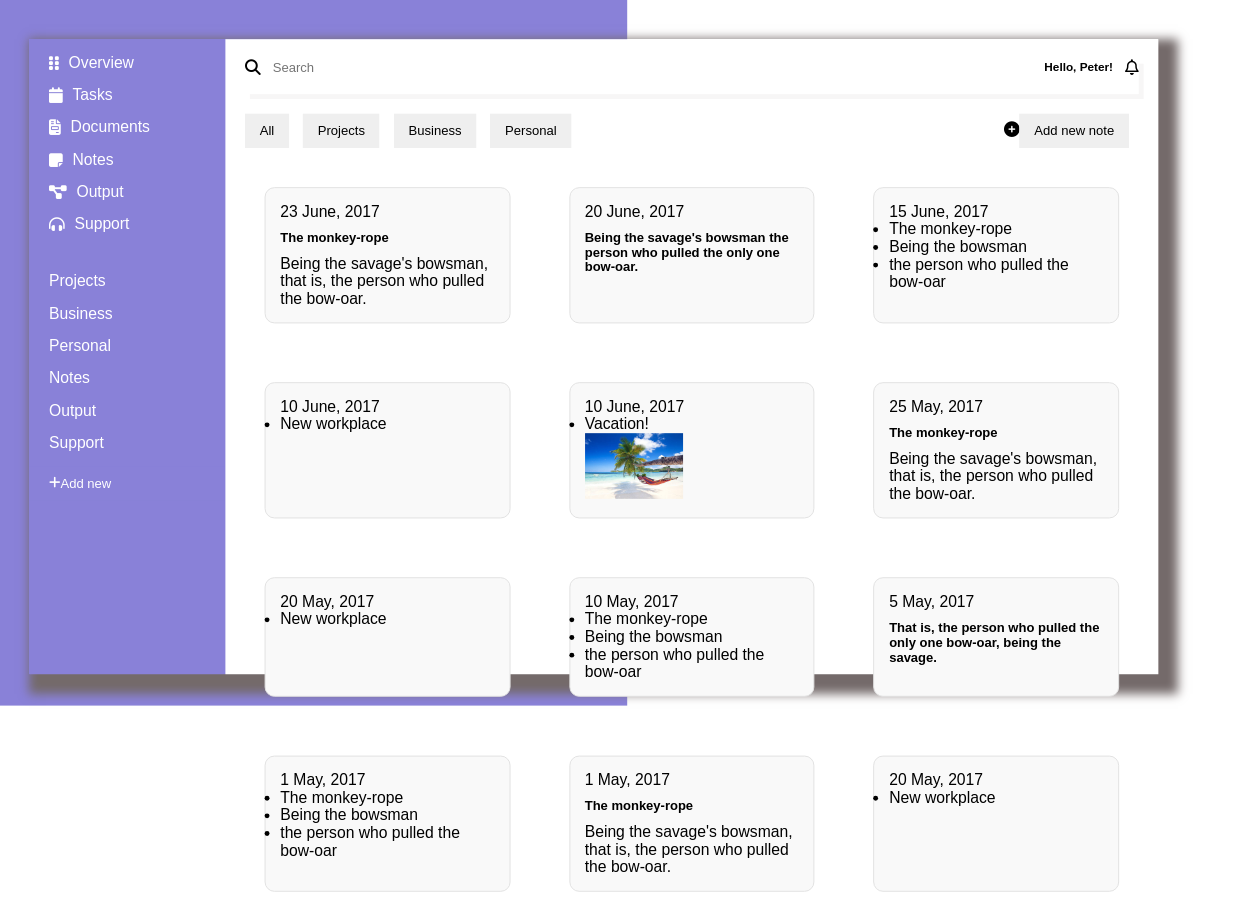
Repository: SatenikGabrielyan/HTML_CSS-_Assignment
Page: index.html
The author's editor kept a copy of each file at every save. The page is drawn from the files as they stood at one save, then again after the next save.
The browser window is 1280 px wide. The pictures show the whole page, at 98% of full size.
Some web libraries are served in a nearby version.

Above is the page before, as saved 2025-03-18 00:54:34.

### index.html
<!DOCTYPE html>
<html lang="en">
  <head>
    <meta charset="UTF-8" />
    <meta name="viewport" content="width=device-width, initial-scale=1.0" />
    <title>Notes App</title>
    <link rel="stylesheet" href="./style.css" />
    <script src="https://kit.fontawesome.com/858d305f19.js" crossorigin="anonymous"></script>
</head>
  <body>
      <div class="cont">
          <div class="purp"></div>
          <div class="whit"></div>
      </div>
    <div class="container">
      <aside class="sidebar">
        <!-- <header class="circle">
            <i class="fa-regular fa-circle"></i>
        </header> -->
        <nav>
            <ul class="first">
                <li><i class="fa-solid fa-grip-vertical"></i>Overview</li>
                <li> <i class="fa-solid fa-calendar"></i>Tasks</li>
                <li><i class="fa-solid fa-file-invoice"></i>Documents</li>
                <li><i class="fa-solid fa-note-sticky"></i>Notes</li>
                <li><i class="fa-solid fa-diagram-project"></i>Output</li>
                <li><i class="fa-solid fa-headphones-simple"></i>Support</li>
            </ul>
            <ul class="second">
                <li>Projects</li>
                <li>Business</li>
                <li>Personal</li>
                <li>Notes</li>
                <li>Output</li>
                <li>Support</li>
            </ul>
        </nav>
        <button class="add-new"><i class="fa-solid fa-plus"></i>Add new</button>
        <div class="foot">

        </div>
    </aside>

    <main class="main-content">
       <div class="header">
            <i class="fas fa-search"></i>  <input type="text" placeholder="Search">
            <h3>Hello, Peter!</h3> <i class="fa-regular fa-bell"></i>
    </div>
    <div class="proj">
        <div class="but">
        <div class="tabs">
            <button>All</button>
            <button>Projects</button>
            <button>Business</button>
            <button>Personal</button>
        </div>
        <div >
            <i class="fa-solid fa-circle-plus"></i><button class="add tabs">Add new note</button>
        </div>
    </div>
        <!-- <div class="notes-grid">

            <div class="note-card">
                <h4>23 June, 2017</h4>
                <h5>The monkey-rope</h5>
                <p>Being the savage's bowsman, that is, the person who pulled the bow-oar.</p>
            </div>
            <div class="note-card">
                <h4>20 June, 2017</h4>
                <h5>Being the savage's bowsman</h5>
                <p>The person who pulled the only one bow-oar.</p>
            </div>
            <div class="note-card">
                <h4>1 June, 2017</h4>
                <h5>Vacation!</h5>
            </div>
            <div class="note-card">
                <h4>25 May, 2017</h4>
                <h5>The monkey-rope</h5>
                <p>Being the savage's bowsman, that is, the person who pulled the bow-oar.</p>
            </div>
            <div class="note-card">
                <h4>20 May, 2017</h4>
                <h5>New workplace</h5>
            </div>
            <div class="note-card">
                <h4>5 May, 2017</h4>
                <h5>That is, the person</h5>
                <p>Being the savage.</p>
            </div>
        </div> -->
        <div class="notes-grid">
            <div class="note-card">
                <h4>23 June, 2017</h4>
                <h5>The monkey-rope</h5>
                <p>Being the savage's bowsman, that is, the person who pulled the bow-oar.</p>
            </div>
            <div class="note-card">
                <h4>20 June, 2017</h4>
                <h5>Being the savage's bowsman the person who pulled the only one bow-oar.</h5>
            </div>
            <div class="note-card">
                <h4>15 June, 2017</h4>
                <ul>
                <li>The monkey-rope</li>
                <li>Being the bowsman</li>
                <li>the person who pulled the bow-oar</li>
            </ul>
            </div>
            <div class="note-card">
                <h4>10 June, 2017</h4>
                <ul>
                    <li>New workplace</li>
                </ul>
            </div>
            <div class="note-card">
                <h4>10 June, 2017</h4>
                <ul>
                    <li>Vacation!</li>
                </ul>
                <img class="imag" src="./img/istockphoto-475903022-612x612.jpg" alt="">
            </div>
            <div class="note-card">
                    <h4>25 May, 2017</h4>
                    <h5>The monkey-rope</h5>
                    <p>Being the savage's bowsman, that is, the person who pulled the bow-oar.</p>
            </div>
            <div class="note-card">
                <h4>20 May, 2017</h4>
                <ul>
                    <li>New workplace</li>
                </ul>
            </div>
            <div class="note-card">
                <h4>10 May, 2017</h4>
                <ul>
                <li>The monkey-rope</li>
                <li>Being the bowsman</li>
                <li>the person who pulled the bow-oar</li>
            </ul>
            </div>
            <div class="note-card">
                <h4>5 May, 2017</h4>
                <h5>That is, the person who pulled the only one bow-oar, being the savage.</h5>
            </div>
            <div class="note-card">
                <h4>1 May, 2017</h4>
                <ul>
                <li>The monkey-rope</li>
                <li>Being the bowsman</li>
                <li>the person who pulled the bow-oar</li>
            </ul>
            </div>
            <div class="note-card">
                <h4>1 May, 2017</h4>
                <h5>The monkey-rope</h5>
                <p>Being the savage's bowsman, that is, the person who pulled the bow-oar.</p>
            </div>
            <div class="note-card">
                <h4>20 May, 2017</h4>
                <ul>
                    <li>New workplace</li>
                </ul>
            </div>
        </div>
    </div>
    </main>

    </div>

  </body>
</html>

### style.css
/* CSS Variables for Colors */
:root {
    --bg-color: #fbfbfb;
    --primary-color: #8981d8;
    --secondary-color: #d0d0d0;
    --text-color: #858499;
    --highlight-color: #7f77cc;
    --hover-color: rgba(137, 129, 216, 0.5);
  }


  * {
    margin: 0;
    padding: 0;
    box-sizing: border-box;
  }

  body {
    font-family: Arial, sans-serif;
    /* background-color: var(--bg-color); */
    display: flex;
    height: 100vh;
  }
  .wrapper{
    position: relative;
  }

  .cont{
      display: flex;
      width: 100%;
      position: relative;
      z-index: -1;
      border-radius: 10px;
  }
.purp {
    width: 50%;
    background-color: var(--primary-color);
    flex-direction: row;
}
.whit {
    width: 50%;
    /* background-color: lightgray; */
    flex-direction: row;
}
  .container {
    display: flex;
    width: 90%;
    height: 90%;

    box-shadow: 10px 10px 10px 10px rgb(116, 106, 106);
    margin-left: 30px;
    margin-right: 30px;
    margin-top: 40px;
    margin-bottom: 80px;
    background: center;
    position: absolute;
    z-index: 2;
  }

   .sidebar {
    width: 200px;
    background-color: var(--primary-color);
    color: #fff;
    display: flex;
    flex-direction: column;
    /* padding: 20px; */
  }

  /* .main-content li {
    float: left;
  }

  .main-content li a {
    display: block;
    color: white;
    text-align: center;
    padding: 14px 16px;
    text-decoration: none;
  }

  .main-content li a:hover:not(.active) {
    background-color: #111;
  } */
  /* .first {
    list-style-type: none;
     list-style: none;
} */
.first li {
    margin: 15px 0;
    display: flex;
    align-items: center;
    cursor: pointer;
    padding-left: 20px;
}
  .sidebar-header h2 {
    margin-bottom: 20px;
  }

  .first li i {
    margin-right: 10px;
  }
  .second {
      margin-top: 40px;
  }
 .second li {
    margin: 15px 0;
    display: flex;
    align-items: center;
    cursor: pointer;
    padding-left: 20px;
 }
 .second li::marker {
    color: red;
  }
  .main-content {
    background-color: white;
    /* width: 200px; */
    flex-grow: 1;
    flex: 1;
    /* padding-top: 20px; */
     padding: 20px;
    /* overflow-y: auto;  */
  }

   /* header {
    display: flex;
    justify-content: space-between;
    align-items: center;
    margin-bottom: 20px;
  } */

  /*
  .header-left p {
    font-size: 1.2em;
    color: var(--text-color);
  }

  .header-right {
    display: flex;
    align-items: center;
  }

  .header-right i {
    margin-right: 20px;
    cursor: pointer;
  }

  .add-note-btn {
    background-color: var(--primary-color);
    color: #fff;
    border: none;
    padding: 10px 20px;
    cursor: pointer;
    display: flex;
    align-items: center;
  }

  .add-note-btn i {
    margin-right: 10px;
  }


  .notes-grid {
    display: grid;
    grid-template-columns: repeat(auto-fill, minmax(300px, 1fr));
    gap: 20px;
  }

  .note-item {
    background-color: #fff;
    border-radius: 8px;
    box-shadow: 0 2px 4px rgba(0, 0, 0, 0.1);
    overflow: hidden;
    display: flex;
    flex-direction: column;
    padding: 20px;
  }

  .note-item img {
    width: 100%;
    height: auto;
    border-radius: 8px;
    margin-bottom: 15px;
  }

  .note-item p {
    color: var(--text-color);
    font-size: 1em;
    line-height: 1.5;
  }


  .sidebar-list li:hover {
    background-color: var(--highlight-color);
    transition: background-color 0.3s ease;
  }


  @media (max-width: 768px) {
    .container {
      flex-direction: column;
    }

    .sidebar {
      width: 100%;
      flex-direction: row;
      justify-content: space-around;
      padding: 10px;
    }

    .sidebar-list {
      display: flex;
      flex-direction: row;
      gap: 15px;
    }

    .sidebar-list li {
      margin: 0;
    }

    .main-content {
      padding: 10px;
    }

    header {
      flex-direction: column;
      align-items: flex-start;
    }

    .header-right {
      margin-top: 10px;
    }

    .notes-grid {
      grid-template-columns: 1fr;
    }

    .note-item {
      padding: 10px;
    }

    .note-item img {
      margin-bottom: 10px;
    }
  } */
  /* .sidebar {
    background-color: #5e4b9a;
    color: white;
    width: 300px;
    padding: 20px;
} */

/* .sidebar header {
    font-size: 24px;
}

.sidebar nav ul {
    list-style: none;
    padding: 0;
}

.sidebar nav ul li {
    margin: 15px 0;
} */

.add-new {
    background-color: var(--primary-color);
    color: white;
    border: none;
    padding: 10px;
    cursor: pointer;
    display: flex;
    padding-left: 20px;
}

.header {
    display: flex;
    width: 100%;
    justify-content: space-between;
    align-items: center;
    background-color: white;
    box-shadow: 5px  5px rgb(247, 246, 246);
    padding-bottom: 20px;
}

.header input {
    border: none;
    margin: 0;
    width: 85%;
}

.header h3 {
    margin: 0;
    font-size: 12px;
}

.tabs {
    margin: 20px 0;
}

.tabs button {
    margin-right: 10px;
    padding: 10px 15px;
    border: none;
    /* background-color: #e2e2e2; */
    cursor: pointer;
}
.tabs :hover {
    background-color: var(--highlight-color);
    transition: background-color 0.3s ease;
  }

.notes-grid {
    display: grid;
    grid-template-columns: repeat(auto-fill, minmax(240px, 1fr));
    gap: 20px;
}
.but{
    display: flex;
    flex-direction: row;
    justify-content: space-between;
}
.add {
    margin-right: 10px;
    padding: 10px 15px;
    border: none;
    cursor: pointer;
}

.note-card {
    border: 1px solid #e2e2e2;
    border-radius: 10px;
    padding: 15px;
    margin: 20px;
    background-color: #f9f9f9;

}
.imag {
width: 100px;
hei
}
.note-card h4 {
    margin: 0;
    font-weight: normal;
}

.note-card h5 {
    margin: 10px 0;
}

After the next save:
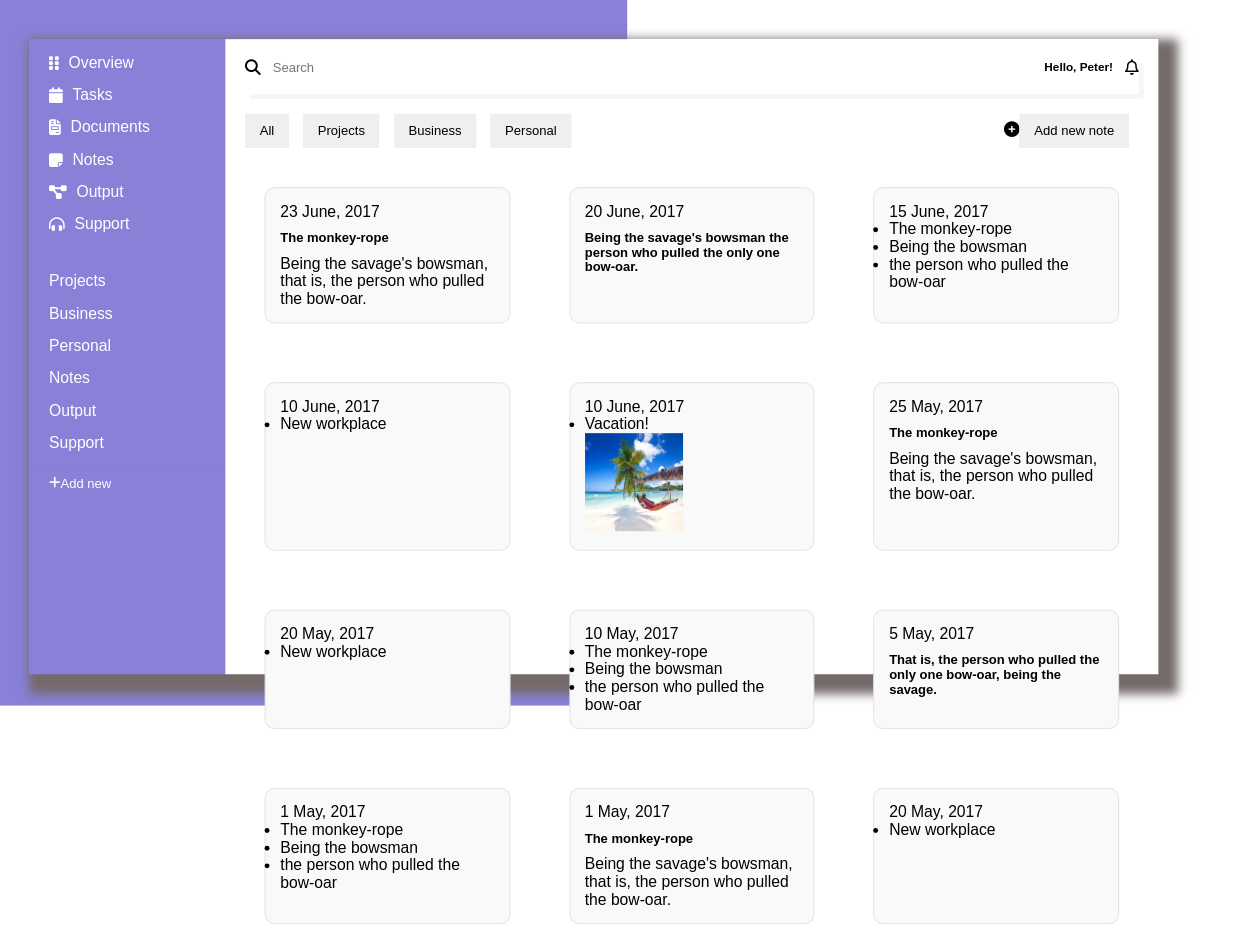
Saved 4 s later.
--- a/style.css
+++ b/style.css
@@ -337,7 +337,7 @@
 }
 .imag {
 width: 100px;
-hei
+height: 100px;
 }
 .note-card h4 {
     margin: 0;
